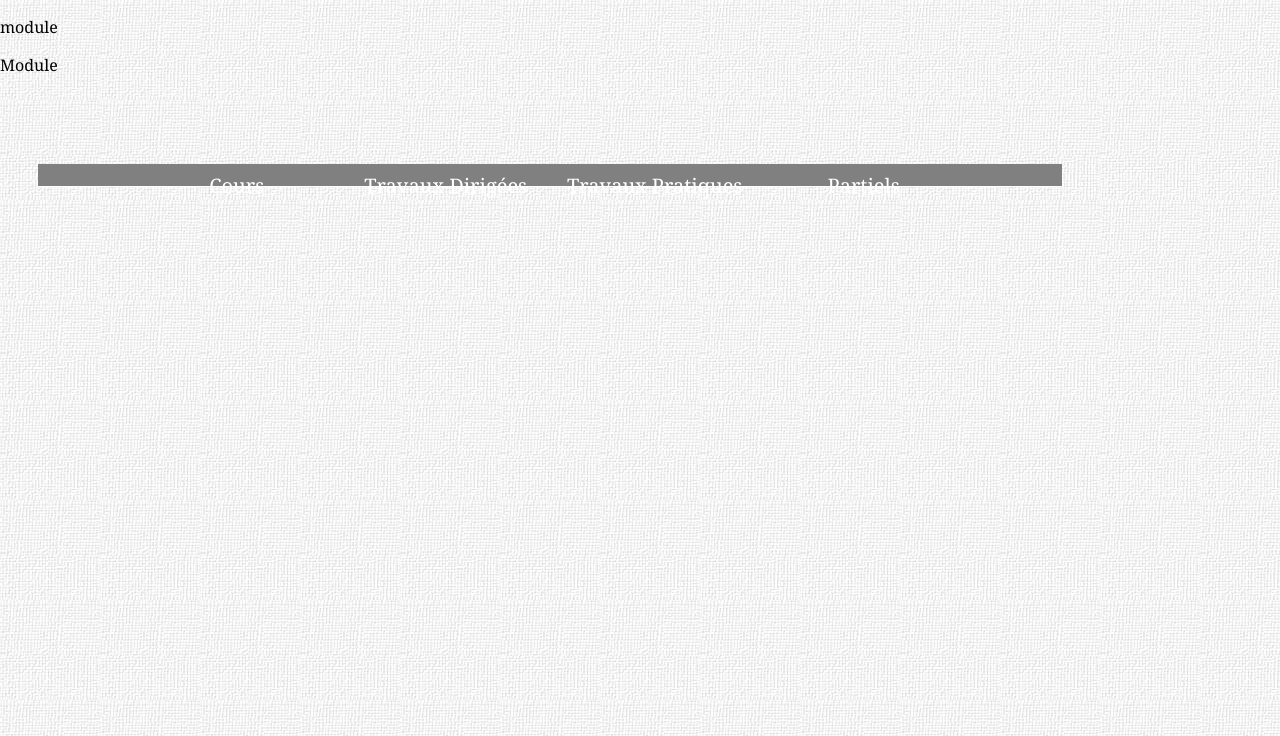
Repository: ValentinArg/PETUT
Page: http://localhost/PETUT/WEB-INF/jsp/eleve/semestre1.jsp
An editor plug-in stored every save of this project. The page is shown before and after the next save, followed by the edit.
The browser window is 1280 px wide. The pictures show the whole page.
After loading, the first visible `#boutonHautBas` was clicked once.
Some web libraries are served in a nearby version. The page is served by Tomcat 9. Nobody is signed in. Other server files are loaded and not shown. The template is opened directly, without the code that normally fills it, so the values that code supplies are empty.

Above is the page before, as saved 2016-10-02 09:47:22.

### PETUT/WebContent/WEB-INF/jsp/eleve/semestre1.jsp
<%@ page language="java" contentType="text/html; charset=ISO-8859-1"
    pageEncoding="ISO-8859-1"%>
<!DOCTYPE html PUBLIC "-//W3C//DTD HTML 4.01 Transitional//EN" "http://www.w3.org/TR/html4/loose.dtd">
<html>
<head>
<meta http-equiv="Content-Type" content="text/html; charset=ISO-8859-1">
<link rel ="stylesheet" href = "/PETUT/css/main.css"/>
<link rel ="stylesheet" href = "/PETUT/css/allSemestres.css"/>
<title>Insert title here</title>
</head>
<body>

	<p class="boutonHautBas" id="boutonHautBas">module</p>
	<jsp:include page="../enTete.jsp"/>
	<div class="navigation" id="navigation">
		<ul>
			<li class="parent" id="parent1"><p class="module">M1101</p></li>
			<li class="parent" id="parent2"><p class="module">M1102</p></li>
			<li class="parent" id="parent1"><p class="module">M1103</p></li>
			<li class="parent" id="parent2"><p class="module">M1104</p></li>
			<li class="parent" id="parent1"><p class="module">M1105</p></li>
			<li class="parent" id="parent2"><p class="module">M1106</p></li>
			<li class="parent" id="parent1"><p class="module">M1107</p></li>
			<li class="parent" id="parent2"><p class="module">M1201</p></li>
			<li class="parent" id="parent1"><p class="module">M1202</p></li>
			<li class="parent" id="parent2"><p class="module">M1203</p></li>
			<li class="parent" id="parent1"><p class="module">M1204</p></li>
			<li class="parent" id="parent2"><p class="module">M1205</p></li>
			<li class="parent" id="parent1"><p class="module">M1206</p></li>
			<li class="parent" id="parent1"><p class="module">Groupe A</p></li>
			<li class="parent" id="parent2"><p class="module">Groupe B</p></li>
			<li class="parent" id="parent1"><p class="module">Groupe C</p></li>
			<li class="parent" id="parent2"><p class="module">Groupe D</p></li>
			<li class="parent" id="parent1"><p class="module">Groupe E</p></li>
			<li class="parent" id="parent2"><p class="module">Groupe F</p></li>
			<li class="parent" id="parent1"><p class="module">Evênement BDE</p></li>

		</ul>

	</div>
	<div class="conteneurGeneral" id="conteneurGeneral">

		<ul class="selection" id="selection">
			<li class=" type"><p>Cours</p></li>
			<li class="type"><p>Travaux Dirigées</p></li>
			<li class="type"><p>Travaux Pratiques</p></li>
			<li class="type"><p>Partiels</p></li>
		</ul>
	</div>
	<script type="text/javascript">

		var haut = false
		function slideUp(){
			if(!haut){
				$('#navigation').slideUp(1000);
				//document.getElementById('conteneurGeneral').style.marginLeft="0px"
				$('#conteneurGeneral').animate({ "left": "-=20%" }, 2000 );
				haut = true;
			}else{
				$('#navigation').slideDown();
				document.getElementById('conteneurGeneral').style.marginLeft="20%"
				haut = false;
			}
		}

		$( '#boutonHautBas' ).click(function(){
			slideUp()});
	</script>
</body>
</html>

### PETUT/WebContent/WEB-INF/jsp/enTete.jsp
<%@ page language="java" contentType="text/html; charset=ISO-8859-1"
    pageEncoding="ISO-8859-1"%>
<!DOCTYPE html PUBLIC "-//W3C//DTD HTML 4.01 Transitional//EN" "http://www.w3.org/TR/html4/loose.dtd">
<html>
<head>
	<meta http-equiv="Content-Type" content="text/html; charset=ISO-8859-1">
	<title>Insert title here</title>
	<link rel ="stylesheet" href = "/PE2I/css/main.css"/>
	<script src="https://code.jquery.com/jquery-1.12.4.js"></script>
  	<script src="https://code.jquery.com/ui/1.12.1/jquery-ui.js"></script>

</head>
<body>
	<div class=enTete>
		<p class="boutonHautBas" id="boutonHautBas">Module</p>
		<ul class="nav" id="nav">
			<c:forEach var="forum" items="${listeForum}">
				<li class=" partie"><a class="forum" id="${forum.id}"><c:out value="${forum.nom}"/></a></li>
			</c:forEach>
			<!-- <li class="partie" id="banniere"><a>PETUT</a></li>-
			<li class=" partie"><a class="forum" id="1">Cours</a></li>
			<li class="partie"><a class="forum" id="2">Travaux Dirigées</a></li>
			<li class="partie"><a class="forum" id="3">Travaux Pratiques</a></li>
			<li class="partie"><a class="forum" id="4">Partiels</a></li>
			<li class="partie"><a>Mon Compte</a></li>-->
		</ul>
	</div>

</body>
</html>

### PETUT/WebContent/css/main.css
@CHARSET "ISO-8859-1";

@CHARSET "UTF-8";
/* Général ------------------------------------------------------------------------------------- */

html {
  height: 100%;
  box-sizing: border-box;
}

*,
*:before,
*:after {
  box-sizing: inherit;
}

body {
	background-image : url(../images/fond.jpg);
	position: relative;
 	margin: 0;
  padding-bottom: 6rem;
  min-height: 100%;
}

body,p,legend, label, input {
    font: normal 8pt;
    font-family:  Georgia, serif;
}

header img {
	width:470px;
	display:inline;
}
header .logoiut{
	height:135px;
	width:215px;
}
header{

	height:135px;
	margin-left:auto;
	margin-right:auto;
	background-image : url(../images/fondbanniere.jpg);
	width:85%;
	min-width:880px;
}
nav {
	width:85%;
	min-width:880px;
	margin-left:auto;
	margin-right:auto;
	text-align:left;

}
.general{
	width:85%;
	min-width:880px;
	margin-left:auto;
	margin-right:auto;
	background-image:url(../images/fondgeneral.jpg);
	padding-top:30px;
	padding-bottom:10px;
	min-height:69vh;
	margin-bottom:-24px;
}
footer {
	width:85%;
	min-width:880px;
	margin-left:auto;
	margin-right:auto;
	font-size:80%;
	position: absolute;
  	right: 0;
  	bottom: 0;
  	left: 0;
  	padding: 1rem;
  	margin-top:0;
	background-image:url(../images/fondgeneral.jpg);
}

### PETUT/WebContent/css/allSemestres.css
.parent{

	list-style:none;
	font-size:15px;
	cursor:pointer;
	width:100%;
	display:inline-block;

}

.navigation ul{
	width:100%;
	display:inline-block;

}




ul{
	margin:0;
	padding:0;
}

.ue {

	border-top:solid 1px white;
	display:block;
	padding:10px;
	text-align:center;
	background-color:#4CAF50;
	margin:0;
}

.ue:hover{
	color:white;
}

.module p{

	border:none;
	border-bottom:solid 1px white;
	display: block;
	padding:10px;
	text-align:center;
	background-color:#333;
	margin:0;


}

.module p:hover{
	color:white;
	cursor:pointer;
}

.semestres{
	background-color:#4CAF50;

}

a{
	cursor:pointer;
}





body{

	margin:0;
	padding:0;
}



.navigation{

	display:inline-block;
	list-style : none;
	margin:0;
	padding:0;
	position: relative;
	z-index:5;
	width:20%;
	border-bottom:solid 1px white;
	text-align:center;
	height:95.5%;
	max-height:95.3%;
	overflow: auto;


}

.conteneurGeneral{
	text-align:justify;
	display:inline-block;
	height:100%;
	position:relative;
	width: 80%;
	margin:0;
	margin-left:20%;
	padding:0;
	margin-top:50px;
	vertical-align:top;

}

.selection{
	display:block;
	vertical-align:top;
	list-style : none;
	margin:0;
	background: Grey;
	z-index:5;
	height:4.7%;
	border-bottom:solid 1px white;
	text-align: center;

}



.type {
	display: inline-block;
	padding:8px;
	font-size:20px;
	height:20px;
	vertical-align:top;
	width:20%;

}

.type p {
	margin:0;
	padding:0;
	color:white;
	cursor:pointer;
}

.type:hover{
	background:#333;

}

.tableauTopic{
	text-align: center;
	position:relative;
	display:block;

}

After the next save:
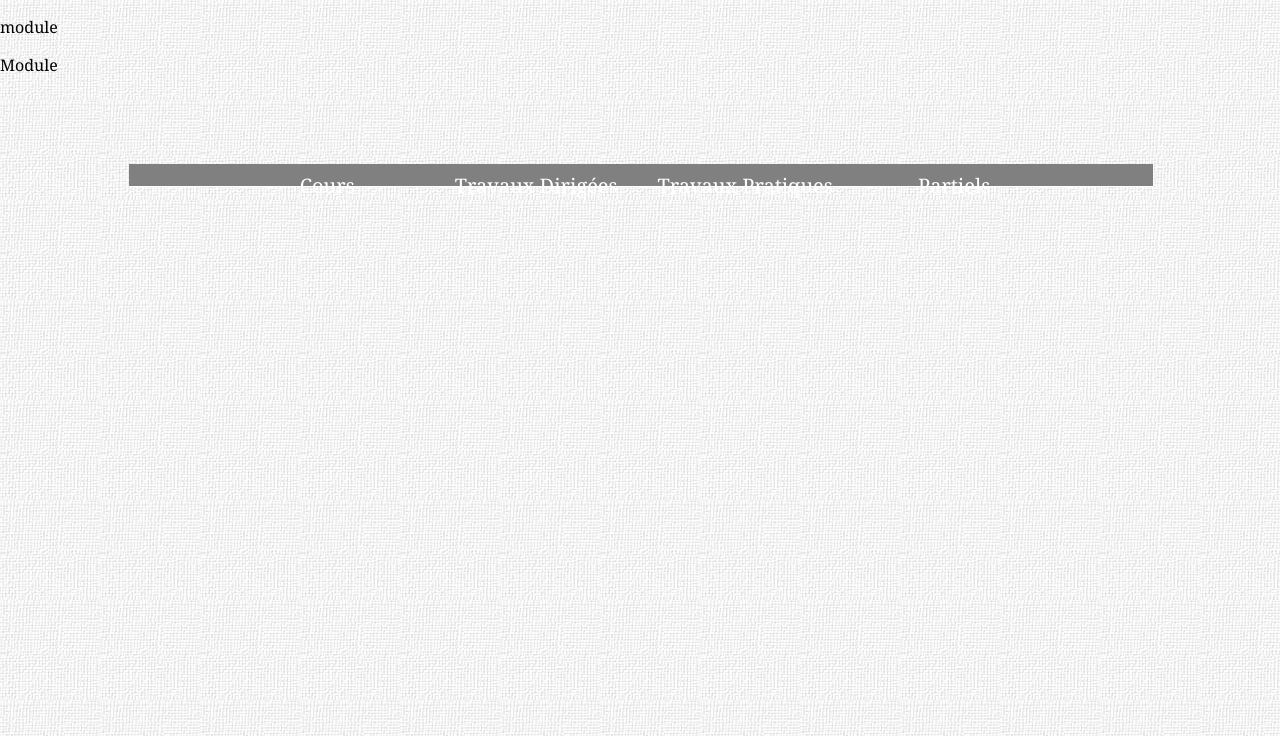
Saved 8 s later.
--- a/PETUT/WebContent/WEB-INF/jsp/eleve/semestre1.jsp
+++ b/PETUT/WebContent/WEB-INF/jsp/eleve/semestre1.jsp
@@ -54,7 +54,7 @@
 			if(!haut){
 				$('#navigation').slideUp(1000);
 				//document.getElementById('conteneurGeneral').style.marginLeft="0px"
-				$('#conteneurGeneral').animate({ "left": "-=20%" }, 2000 );
+				$('#conteneurGeneral').animate({ "left": "-=20%" }, 3000 );
 				haut = true;
 			}else{
 				$('#navigation').slideDown();
